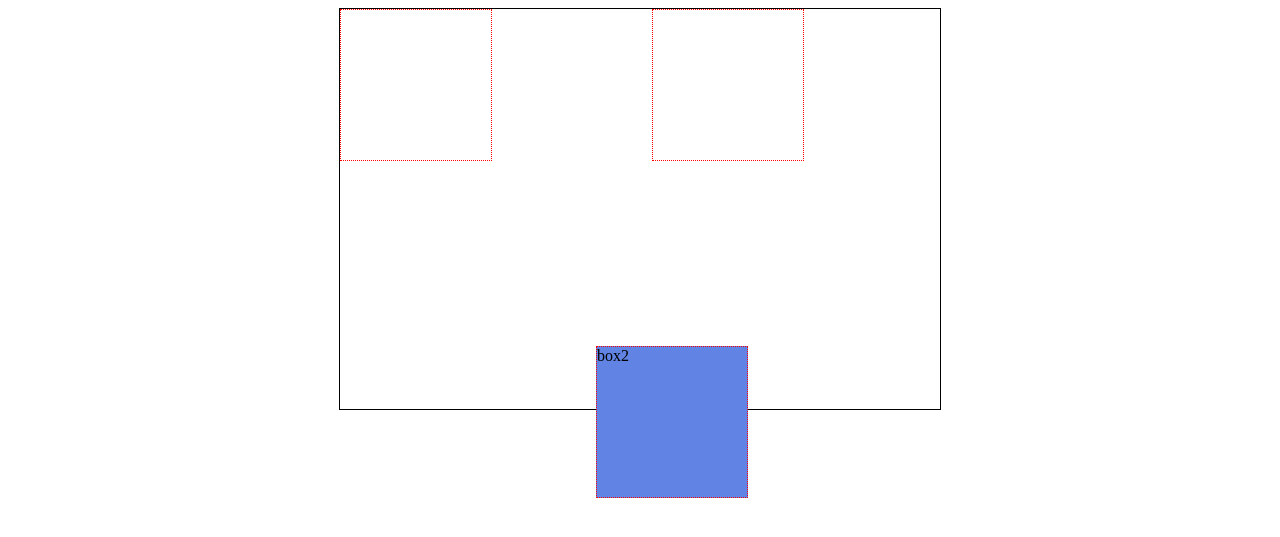
Repository: LstHeart/html-learning
Page: css/static和relative定位.html
The author's editor kept a copy of each file at every save. The page is drawn from the files as they stood at one save, then again after the next save.
The browser window is 1280 px wide. The pictures show the whole page.

Above is the page before, as saved 2021-01-06 20:21:38.

After the next save:
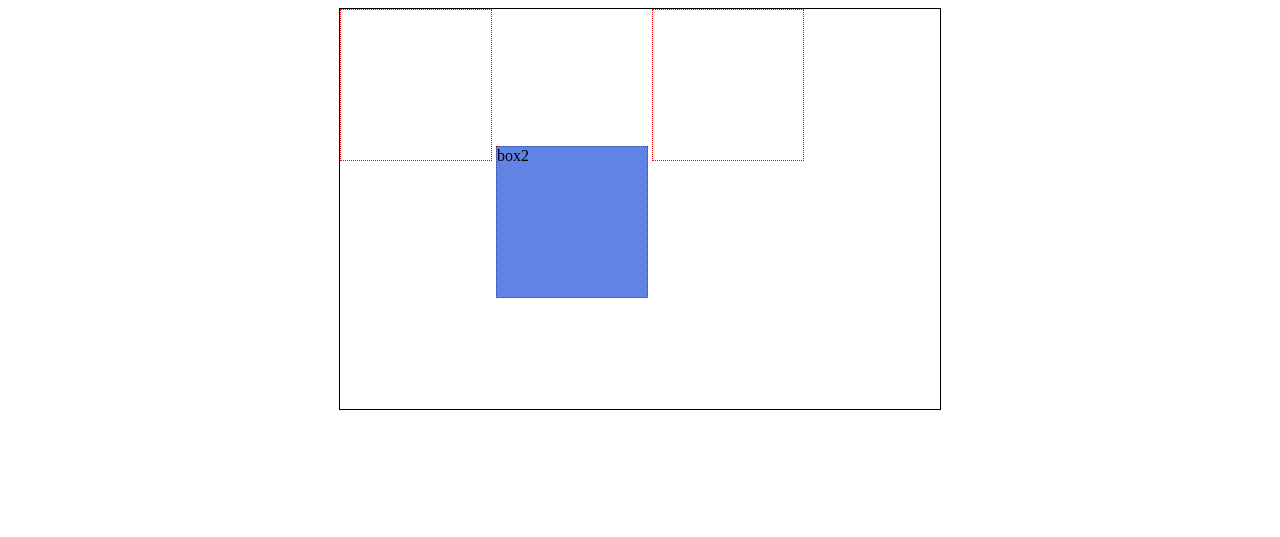
Saved 5 s later.
--- a/css/static和realtive.css
+++ b/css/static和realtive.css
@@ -16,9 +16,9 @@
     top: 200px;
     background-color: rgb(96, 131, 228);
 }
-.box2{
+/* .box2{
     position: relative;
     left: 100px;
     top: 200px;
     background-color: rgb(96, 131, 228);
-}
+} */
